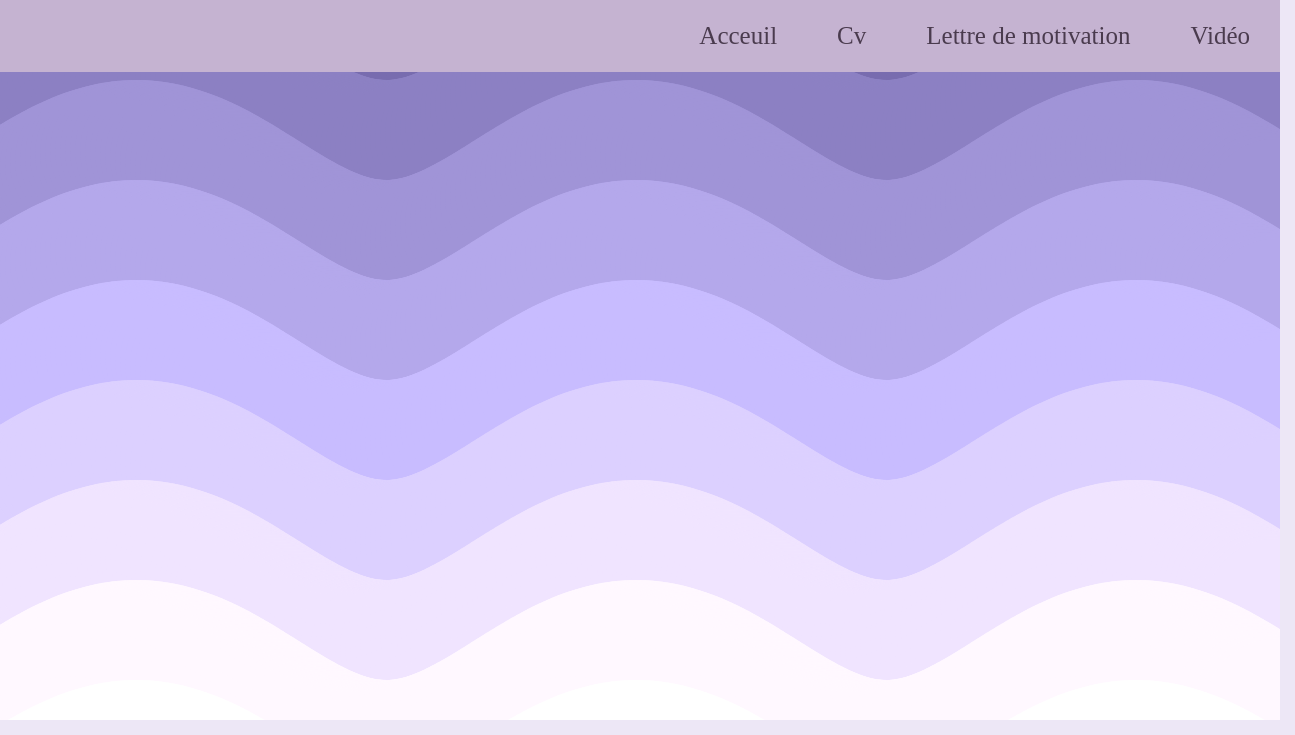
Repository: Iban-del/ProjetBacIban
Page: index.html
These files come from the project's save history. The page is drawn as it stood at one moment and after the next save; the edit follows.
The browser window is 1280 px wide. The page is 1295 px wide, so the pictures cover 1295 px, including what lies to the right of the window. The pictures show the whole page.
The page's requests for data from a server got no answer.

Above is the page before, as saved 2025-02-25 12:45:55.

After the next save:
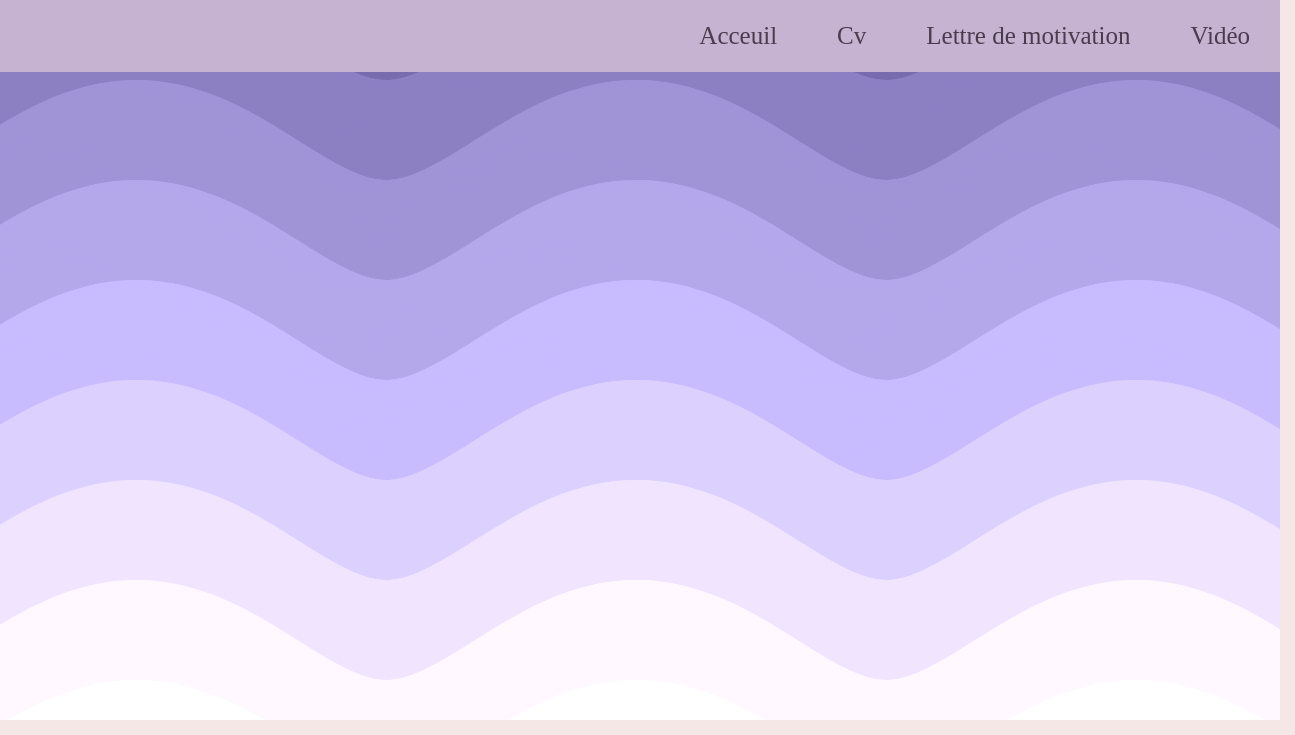
Saved 5 h 49 min later.
--- a/css/index.css
+++ b/css/index.css
@@ -3,7 +3,7 @@ html, body {
     display: flex;
     font-family: Arial, Helvetica, sans-serif;
     color: #4A3B4E;
-    background-color: #EDE7F6;
+    background-color: #f6e7e7;
     height: 100%;
     width: 100%;
     height: auto;
